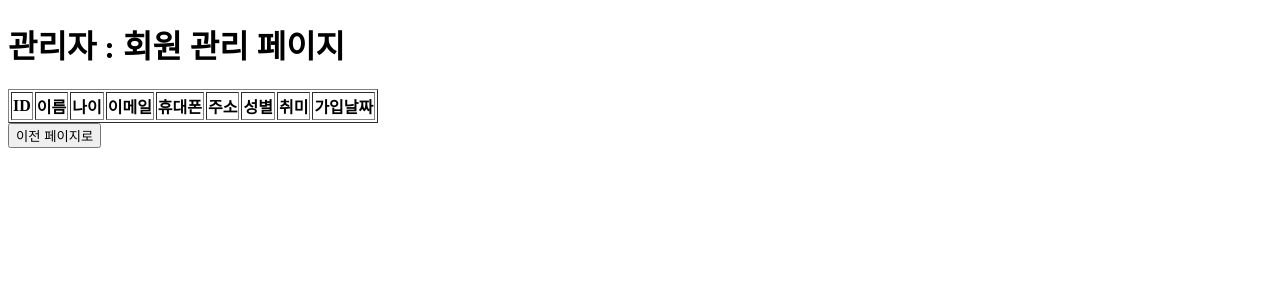
Repository: minimelody/servlet
Page: http://localhost/web2/allMember
The author's editor kept a copy of each file at every save. The page is drawn from the files as they stood at one save, then again after the next save.
The browser window is 1280 px wide. The pictures show the whole page.
The page is served by Tomcat 9. Queries for data that is not in the repository find no rows.

Above is the page before, as saved 2018-05-24 08:41:15.

After the next save:
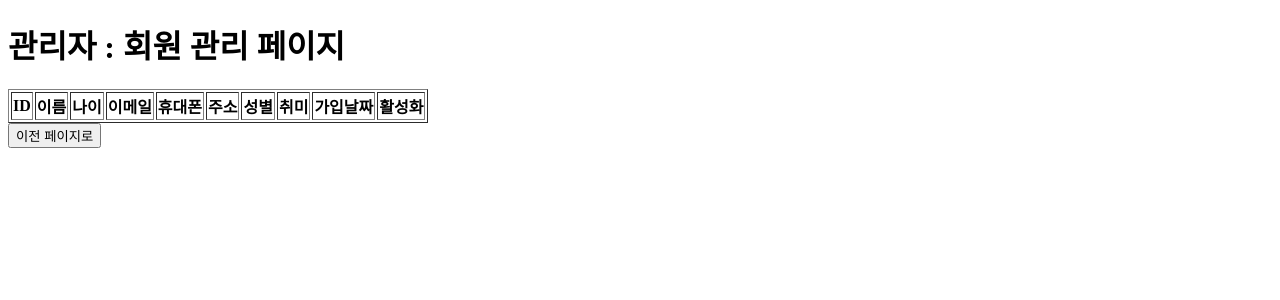
Saved 38 s later.
--- a/webworkspace2/web2/WebContent/views/member/allMember.jsp
+++ b/webworkspace2/web2/WebContent/views/member/allMember.jsp
@@ -17,13 +17,14 @@
 <h1>관리자 : 회원 관리 페이지</h1>
 <table border="1">
 	<tr>
-		<th>ID</th><th>이름</th><th>나이</th><th>이메일</th><th>휴대폰</th><th>주소</th><th>성별</th><th>취미</th><th>가입날짜</th>
+		<th>ID</th><th>이름</th><th>나이</th><th>이메일</th><th>휴대폰</th><th>주소</th><th>성별</th><th>취미</th><th>가입날짜</th><th>활성화</th>
 	</tr>
 	<% for(Member m : list){ %>
 	<tr>
 		<td><%=m.getUserId() %></td><td><%=m.getUserName() %></td><td><%=m.getAge() %></td>
 		<td><%=m.getEmail() %></td><td><%=m.getPhone() %></td><td><%=m.getAddress() %></td>
 		<td><%=m.getGender() %></td><td><%=m.getHobby() %></td><td><%=m.getEnrolldate() %></td>
+		<td>
 	</tr>
 	<% } %>
 </table>
